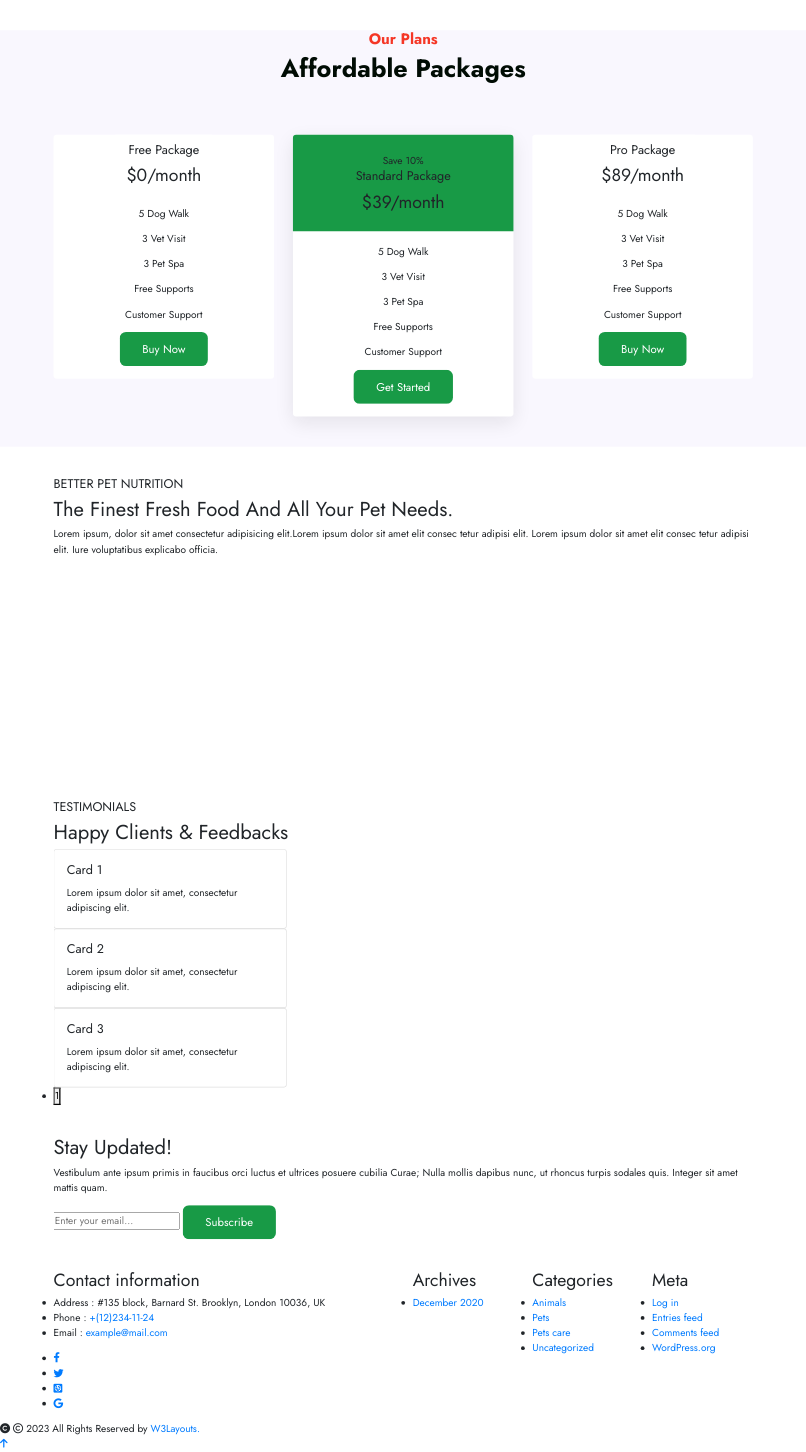
Repository: thanhfrankie/poochcare
Page: index.html
These files come from the project's save history. The page is drawn as it stood at one moment and after the next save; the edit follows.
The browser window is 1280 px wide. The pictures show the whole page, at 63% of full size.
Pictures or frames that could not be fetched are drawn as grey boxes.

Above is the page before, as saved 2023-12-20 22:23:01.

### index.html
<!DOCTYPE html>
<html lang="en">
  <head>
    <title>Pooch Care</title>
    <!-- Required meta tags -->
    <meta charset="utf-8" />
    <meta
      name="viewport"
      content="width=device-width, initial-scale=1, shrink-to-fit=no"
    />
    <!-- FONT AWESOME -->
    <link
      rel="stylesheet"
      href="https://cdnjs.cloudflare.com/ajax/libs/font-awesome/6.4.2/css/all.min.css"
      integrity="sha512-z3gLpd7yknf1YoNbCzqRKc4qyor8gaKU1qmn+CShxbuBusANI9QpRohGBreCFkKxLhei6S9CQXFEbbKuqLg0DA=="
      crossorigin="anonymous"
      referrerpolicy="no-referrer"
    />
    <!-- Bootstrap CSS -->
    <link
      rel="stylesheet"
      href="https://stackpath.bootstrapcdn.com/bootstrap/4.3.1/css/bootstrap.min.css"
      integrity="sha384-ggOyR0iXCbMQv3Xipma34MD+dH/1fQ784/j6cY/iJTQUOhcWr7x9JvoRxT2MZw1T"
      crossorigin="anonymous"
    />
    <!-- Font Jost -->
    <link rel="preconnect" href="https://fonts.googleapis.com" />
    <link rel="preconnect" href="https://fonts.gstatic.com" crossorigin />
    <link
      href="https://fonts.googleapis.com/css2?family=Jost:wght@300;400;700&display=swap"
      rel="stylesheet"
    />
    <!-- Pricing CSS -->
    <link rel="stylesheet" href="./css/pricing.css" />
    <!-- pet food CSS (em đặt tên nutrition hay pet-nutrition hay pet__nutrition nó không cho đặt vậy ạ) -->
    <link rel="stylesheet" href="./css/petfood.css" />
    <!-- Testimonials CSS -->
    <link rel="stylesheet" href="./css/testimonials.css" />
    <!-- Subscribe CSS -->
    <link rel="stylesheet" href="./css/subscribe.css" />
    <!-- footer CSS -->
    <link rel="stylesheet" href="./css/footer.css" />
    <!-- Main CSS -->
    <link rel="stylesheet" href="./css/style.css" />
  </head>
  <body>
    <!-- Pricing -->
    <section class="pricing" id="pricing">
      <div class="container mt-5">
        <div class="title">
          <h4>Our Plans</h4>
          <h2>Affordable Packages</h2>
        </div>
        <div class="row mt-6 py-5">
          <!-- Pricing Card 1 -->
          <div class="col-lg-4">
            <div class="card">
              <div class="card-header">
                <h5 class="card-title">Free Package</h5>
                <h3 class="card-text">$0/month</h3>
              </div>
              <div class="card-body">
                <p class="card-text">5 Dog Walk</p>
                <p class="card-text">3 Vet Visit</p>
                <p class="card-text">3 Pet Spa</p>
                <p class="card-text">Free Supports</p>
                <p class="card-text">Customer Support</p>
                <a href="#" class="btn btn-buy">Buy Now</a>
              </div>
            </div>
          </div>

          <!-- Pricing Card 2 -->
          <div class="col-lg-4">
            <div class="card card2">
              <div class="card-header">
                <div class="card-save">Save 10%</div>
                <h5 class="card-title">Standard Package</h5>
                <h3 class="card-text">$39/month</h3>
              </div>
              <div class="card-body">
                <p class="card-text">5 Dog Walk</p>
                <p class="card-text">3 Vet Visit</p>
                <p class="card-text">3 Pet Spa</p>
                <p class="card-text">Free Supports</p>
                <p class="card-text">Customer Support</p>
                <a href="#" class="btn btn-buy">Get Started</a>
              </div>
            </div>
          </div>

          <!-- Pricing Card 3 -->
          <div class="col-lg-4">
            <div class="card">
              <div class="card-header">
                <h5 class="card-title">Pro Package</h5>
                <h3 class="card-text">$89/month</h3>
              </div>
              <div class="card-body">
                <p class="card-text">5 Dog Walk</p>
                <p class="card-text">3 Vet Visit</p>
                <p class="card-text">3 Pet Spa</p>
                <p class="card-text">Free Supports</p>
                <p class="card-text">Customer Support</p>
                <a href="#" class="btn btn-buy">Buy Now</a>
              </div>
            </div>
          </div>
        </div>
      </div>
    </section>
    <!-- PET NUTRITION -->
    <section class="nutrition">
      <div class="container mt-5">
        <h5>BETTER PET NUTRITION</h5>
        <h2>The Finest Fresh Food And All Your Pet Needs.</h2>
        <p>
          Lorem ipsum, dolor sit amet consectetur adipisicing elit.Lorem ipsum
          dolor sit amet elit consec tetur adipisi elit. Lorem ipsum dolor sit
          amet elit consec tetur adipisi elit. Iure voluptatibus explicabo
          officia.
        </p>
        <iframe
          width="560"
          height="315"
          src="https://www.youtube.com/embed/JXUTJNv4j6A?si=1nzgvqwKbkVzJ4BS"
          title="YouTube video player"
          frameborder="0"
          allow="accelerometer; autoplay; clipboard-write; encrypted-media; gyroscope; picture-in-picture; web-share"
          allowfullscreen
        ></iframe>
      </div>
    </section>
    <!-- TESTIMONIALS -->
    <section class="testimonial">
      <div class="container mt-5">
        <h5>TESTIMONIALS</h5>
        <h2>Happy Clients & Feedbacks</h2>
        <div class="slick-carousel">
          <!-- Slick Carousel Item 1 -->
          <div class="card">
            <div class="card-body">
              <h5 class="card-title">Card 1</h5>
              <p class="card-text">
                Lorem ipsum dolor sit amet, consectetur adipiscing elit.
              </p>
            </div>
          </div>

          <!-- Slick Carousel Item 2 -->
          <div class="card">
            <div class="card-body">
              <h5 class="card-title">Card 2</h5>
              <p class="card-text">
                Lorem ipsum dolor sit amet, consectetur adipiscing elit.
              </p>
            </div>
          </div>

          <!-- Slick Carousel Item 3 -->
          <div class="card">
            <div class="card-body">
              <h5 class="card-title">Card 3</h5>
              <p class="card-text">
                Lorem ipsum dolor sit amet, consectetur adipiscing elit.
              </p>
            </div>
          </div>
        </div>
      </div>
    </section>
    <!-- Subscribe -->
    <section class="subscribe">
      <div class="container mt-5">
        <h2>Stay Updated!</h2>
        <p>
          Vestibulum ante ipsum primis in faucibus orci luctus et ultrices
          posuere cubilia Curae; Nulla mollis dapibus nunc, ut rhoncus turpis
          sodales quis. Integer sit amet mattis quam.
        </p>
        <input
          type="email"
          name=""
          id="subscribe"
          placeholder="Enter your email..."
        />
        <button class="btn">Subscribe</button>
      </div>
    </section>
    <footer>
      <div class="container mt-5">
        <div class="row">
          <div class="col-lg-6">
            <h3>Contact information</h3>
            <ul class="footer__contact">
              <li>
                Address : #135 block, Barnard St. Brooklyn, London 10036, UK
              </li>
              <li>
                Phone :
                <span>
                  <a href="#">+(12)234-11-24</a>
                </span>
              </li>
              <li>
                Email :
                <span>
                  <a href="#">example@mail.com</a>
                </span>
              </li>
            </ul>
            <ul class="footer__social">
              <li>
                <a href="https://www.facebook.com/w3layouts/">
                  <i class="fa-brands fa-facebook-f"></i
                ></a>
              </li>
              <li>
                <a href="https://twitter.com/W3layouts"
                  ><i class="fa-brands fa-twitter"></i
                ></a>
              </li>
              <li>
                <a href="https://dribbble.com/w3layouts"
                  ><i class="fa-brands fa-square-dribbble"></i
                ></a>
              </li>
              <li>
                <a href="https://myaccount.google.com/intro/profile"
                  ><i class="fa-brands fa-google"></i
                ></a>
              </li>
            </ul>
          </div>
          <div class="col-lg-6">
            <div class="row">
              <div class="col-sm-4">
                <h3>Archives</h3>
                <ul>
                  <li>
                    <a href="#"> December 2020 </a>
                  </li>
                </ul>
              </div>
              <div class="col-sm-4">
                <h3>Categories</h3>
                <ul>
                  <li>
                    <a href="#"> Animals </a>
                  </li>
                  <li>
                    <a href="#"> Pets </a>
                  </li>
                  <li>
                    <a href="#"> Pets care </a>
                  </li>
                  <li>
                    <a href="#"> Uncategorized </a>
                  </li>
                </ul>
              </div>
              <div class="col-sm-4">
                <h3>Meta</h3>
                <ul>
                  <li>
                    <a href="#"> Log in </a>
                  </li>
                  <li>
                    <a href="#"> Entries feed </a>
                  </li>
                  <li>
                    <a href="#"> Comments feed </a>
                  </li>
                  <li>
                    <a href="#"> WordPress.org </a>
                  </li>
                </ul>
              </div>
            </div>
          </div>
        </div>
      </div>
      <div class="copyright">
        <i class="fa fa-copyright" aria-hidden="true"></i>
        <i class="fa-regular fa-copyright"></i>
        <span
          >2023 All Rights Reserved by
          <a href="https://w3layouts.com/">W3Layouts.</a></span
        >
      </div>
    </footer>
    <a href="#" class="backToTop cd-top text-replace js-cd-top">
      <i class="fa fa-arrow-up"></i>
    </a>
    <!-- Optional JavaScript -->
    <!-- jQuery first, then Popper.js, then Bootstrap JS -->
    <script
      src="https://code.jquery.com/jquery-3.3.1.slim.min.js"
      integrity="sha384-q8i/X+965DzO0rT7abK41JStQIAqVgRVzpbzo5smXKp4YfRvH+8abtTE1Pi6jizo"
      crossorigin="anonymous"
    ></script>
    <script
      src="https://cdnjs.cloudflare.com/ajax/libs/popper.js/1.14.7/umd/popper.min.js"
      integrity="sha384-UO2eT0CpHqdSJQ6hJty5KVphtPhzWj9WO1clHTMGa3JDZwrnQq4sF86dIHNDz0W1"
      crossorigin="anonymous"
    ></script>
    <script
      src="https://stackpath.bootstrapcdn.com/bootstrap/4.3.1/js/bootstrap.min.js"
      integrity="sha384-JjSmVgyd0p3pXB1rRibZUAYoIIy6OrQ6VrjIEaFf/nJGzIxFDsf4x0xIM+B07jRM"
      crossorigin="anonymous"
    ></script>
    <!-- slick carousel  -->
    <script
      src="https://cdnjs.cloudflare.com/ajax/libs/slick-carousel/1.8.1/slick.min.js"
      integrity="sha512-XtmMtDEcNz2j7ekrtHvOVR4iwwaD6o/FUJe6+Zq+HgcCsk3kj4uSQQR8weQ2QVj1o0Pk6PwYLohm206ZzNfubg=="
      crossorigin="anonymous"
      referrerpolicy="no-referrer"
    ></script>
    <script>
      // Initialize Slick Carousel
      $(".slick-carousel").slick({
        slidesToShow: 3,
        slidesToScroll: 1,
        dots: true,
        prevArrow: '<button type="button" class="slick-prev">&#9665;</button>',
        nextArrow: '<button type="button" class="slick-next">&#9655;</button>',
        responsive: [
          {
            breakpoint: 768,
            settings: {
              slidesToShow: 2,
            },
          },
          {
            breakpoint: 576,
            settings: {
              slidesToShow: 1,
            },
          },
        ],
      });
    </script>
  </body>
</html>

### css/pricing.css
.pricing {
  background-color: #f9f7fe;
}
.pricing .container {
  width: 100%;
}
.pricing .container .title {
  display: flex;
  justify-content: center;
  align-items: center;
  flex-direction: column;
  padding-bottom: 25px;
}
.pricing .container .title h4 {
  color: #f53626;
  font-weight: 550;
}
.pricing .title h2 {
  font-size: 40px;
  font-weight: 600;
  line-height: 48px;
  text-transform: capitalize;
  color: #000c04;
}
.pricing .container .row {
  /* border: 1px solid blue; */
}
.pricing .container .row .card {
  display: flex;
  justify-content: center;
  align-items: center;
  flex-direction: column;
  text-align: center;
  background-color: #ffffff;
  border-radius: 5px;
  border: none;
}
.pricing .container .row .card .card-header {
    background-color: white;
    border:  none;
}
.pricing .container .row .card2 {
  box-shadow: 0 10px 30px 0 rgba(17, 17, 17, 0.09);
  z-index: 1;
}
.pricing .container .row .card2 .card-header {
  width: 100%;
  padding: 30px 0;
  background-color: #189a46;
  border-top-right-radius: 5px;
  border-top-left-radius: 5px;
  line-height: 1.5;
}
/* .pricing .container .row .card2 .card-header::before {
    content: "";
    width: 100%;
    height: 150px;
    position: absolute;
    top: 0;
    left: 0;
    background-color: #189a46;
    transform: translateY(-50%);
    z-index: -1;
    margin-top: 50px;
} */
.btn-buy,.btn {
    background-color: #189a46;
    padding: 12px 35px;
    font-size: 18px;
    line-height: 28px;
    text-transform: capitalize;
    font-weight: 400;
    color: white;
    border-radius: 10px;
}
.btn:hover {
    color: #fff;
    background-color: #116E32;
    border-color: #116E32;
}
.pricing .container .row .card2 .btn-buy:hover{
    background-color: #189a46;
    border-color: #189a46;
}

### css/testimonials.css
TESTIMONIALS

### css/style.css
/* Global */
* {
  padding: 0;
  margin: 0;
  box-sizing: border-box;
}
html,
body {
  font-family: "Jost", sans-serif;
}

Loaded but not shown: css/footer.css (no copy from this time; the picture is the same without it); css/petfood.css (no copy from this time; the picture is the same without it); css/subscribe.css (no copy from this time; the picture is the same without it)

After the next save:
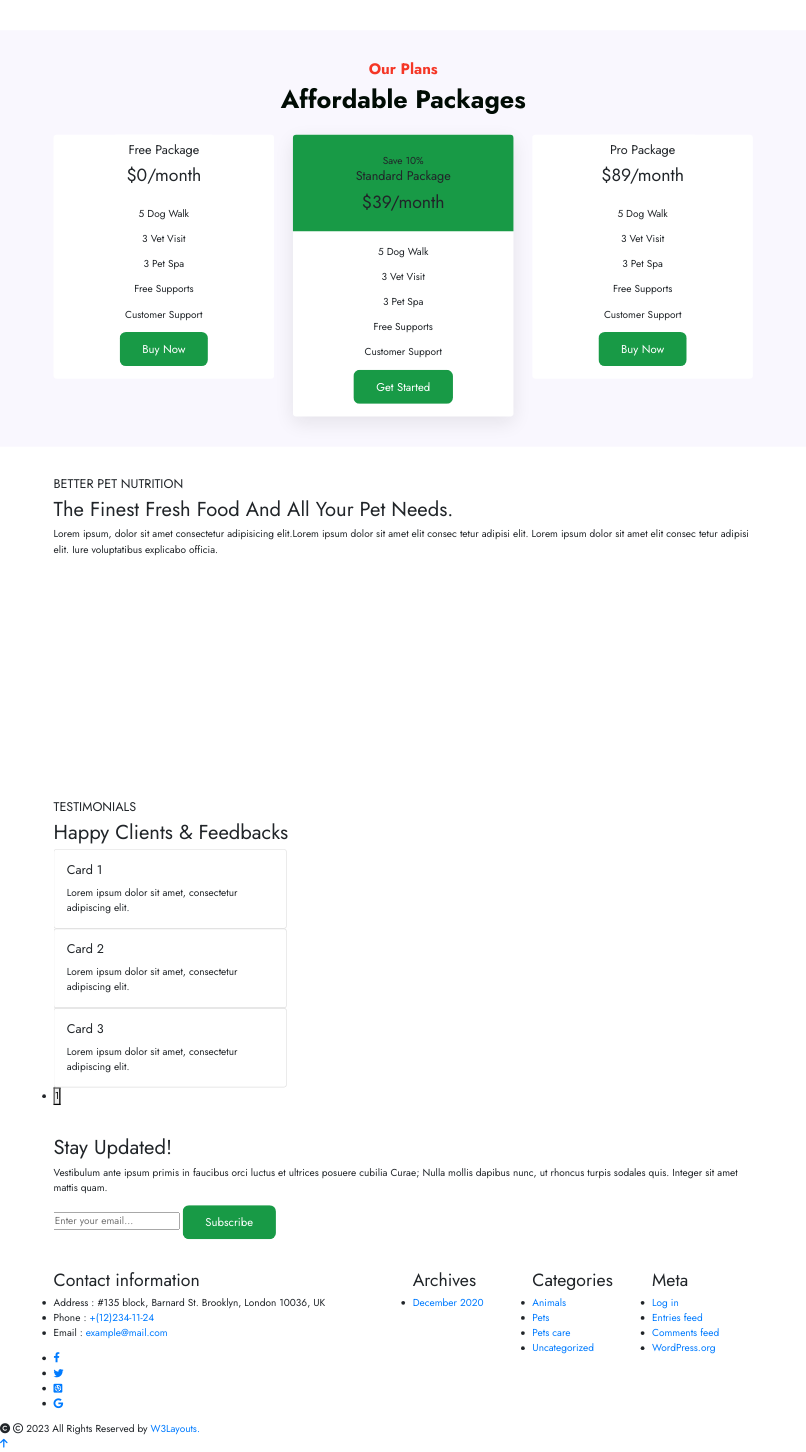
Saved 14 s later.
--- a/index.html
+++ b/index.html
@@ -46,12 +46,12 @@
   <body>
     <!-- Pricing -->
     <section class="pricing" id="pricing">
-      <div class="container mt-5">
+      <div class="container mt-5 py-5">
         <div class="title">
           <h4>Our Plans</h4>
           <h2>Affordable Packages</h2>
         </div>
-        <div class="row mt-6 py-5">
+        <div class="row mt-6 ">
           <!-- Pricing Card 1 -->
           <div class="col-lg-4">
             <div class="card">
